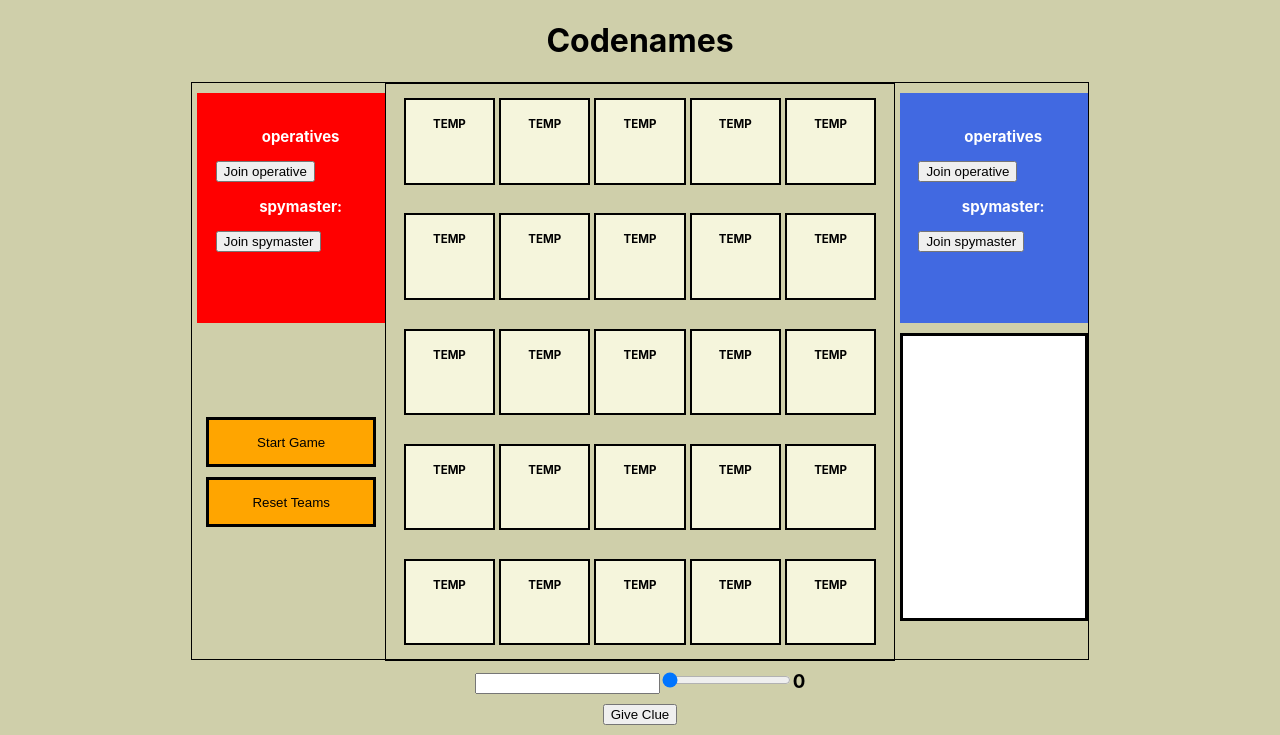
Repository: alcarrizo/Codenames-Fullstack
Page: / (app in client/)
An editor plug-in stored every save of this project. The page is shown before and after the next save, followed by the edit.
The browser window is 1280 px wide. The pictures show the whole page.
The project was rebuilt for these pictures with package versions that can differ from the ones it lists, and the page was loaded fresh each time. Imported but missing from the stored project, and not drawn on this page: client/src/reportWebVitals.

Above is the page before, as saved 2023-01-08 23:40:58.

### client/src/index.js
import React from 'react';
import ReactDOM from 'react-dom/client';
import './index.css';
import App from './App';
import reportWebVitals from './reportWebVitals';
import './css/styles.css'


const root = ReactDOM.createRoot(document.getElementById('root'));
root.render(
  <React.StrictMode>
    <App />
  </React.StrictMode>
);

// If you want to start measuring performance in your app, pass a function
// to log results (for example: reportWebVitals(console.log))
// or send to an analytics endpoint. Learn more: https://bit.ly/CRA-vitals
reportWebVitals();

### client/src/App.js
import logo from './logo.svg';
import './App.css';
import { useState, useEffect } from 'react';

const Wrapper = ({ cards }) => {
  return (
    <div className='wrapper'>
      <PlayerSide className="red" />
      <Board cards={cards} />
      <PlayerSide className="blue" />
    </div>
  )
}

const Card = ({ word, className }) => {

  return (
    <div className={className}>
      {word === null ? 'temp' : word}
    </div>
  )
}
const PlayerSide = ({ className }) => {
  if (className === 'red') {
    return (
      <div className={className + "Side"}>
        <PlayerInfo className={className} />
        <div className='menu'>
          <Btn className='menuBtn' id="startBtn" name="Start Game" />
          <Btn className='menuBtn' id="resetBtn" name="Reset Teams" />
        </div>
      </div>
    )
  }
  else {
    return (
      <div className={className + "Side"}>
        <PlayerInfo className={className} />
        <div className='clue-log'></div>
        <Btn className='menuBtn hide' id="endTurn" name="End Turn" />
      </div>
    )
  }
}
const PlayerInfo = ({ className }) => {
  return (


    <div className={className + "Team"}>
      <p>operatives </p>
      <p id={className + '-operative-players'}></p>
      <Btn className="join-button" id={className + '-join-operative'} name="Join operative" />
      <p>spymaster: </p>
      <p id={className + '-spymaster-players'}></p>
      <Btn className="join-button" id={className + '-join-spymaster'} name="Join spymaster" />
      <p id={className + '-remaining-cards'}></p>
    </div>


  )

}

const Btn = (props) => {
  return (
    <button id={props.id} className={props.className}>{props.name}</button>
  )
}
const Board = ({ cards }) => {

  return (
    <div className='gameBoard'>

      {

        cards.map((card, id) =>
          <Card
            key={id}
            className="card"
            word={card} />

        )
      }

    </div>
  )
}

const App = () => {

  const [cards, setCards] = useState(Array(25).fill(null))


  return (
    <div className="App">
      <h1>Codenames</h1>

      <Wrapper cards={cards} />
      <div className='clue-area' id='clue-area'>
        <input className='clue-text' id='clue-text' type="text" />
        <div className="rangeDiv" id="rangeDiv">
          <input className="clue-range" id='clueRange' type="range" autoComplete='off' min="0" max="10" defaultValue="0" />
          <h3 className="range-number" id="rangeNumber">0</h3>
        </div>
        <Btn className="clue-submit" id="clue-submit" name="Give Clue" />
      </div>

    </div>
  );
}

export default App;

### client/src/css/styles.css
body {
    background-color: #cfcfaa;
}

body.red {
    background-color: #b44c2b;
}

body.blue {
    background-color: #4799b7;
}

.wrapper {
    position: relative;
    border: 0.05rem solid black;
    width: 70%;
    height: 80vh;
    display: flex;
    background: none;
    margin: 0 auto;

}

.gameBoard {
    display: flex;
    flex-wrap: wrap;
    justify-content: center;
    text-align: center;
    width: 35rem;
    height: 100%;
    /*   width: 500px;
    height: 500px; */
    /*width: 15rem;
    height: 15rem;
    */
    border: 0.05rem solid black;
    margin: auto;
}



.card {
    /* background-color: royalblue; */
    background-color: beige;
    box-sizing: border-box;
    /*width: 75px;
    height: 65px;
  */
    /*   width: 5.5rem;
    height: 5rem; */
    width: 18%;
    height: 15%;
    margin: auto 2px;
    border: 2px black solid;
    font-size: .9vw;
    padding-top: 17px;
    text-transform: uppercase;
    font-weight: bold;
    transition: none;
}

.card.blue {
    background-color: royalblue;

}

.card.red {
    background-color: #ff6000;
}

.card.black {
    background-color: black;
    color: white;

}

.card.beige {
    background-color: #b9b979;
}

.card.blue,
.card.red,
.card.black,
.card.beige {
    transition: background-color 1s;
}

.card.blue.picked,
.card.red.picked,
.card.black.picked,
.card.beige.picked {
    transition: opacity 1s;
    opacity: 50%;
}


.redSide,
.blueSide {
    color: white;
    height: 100%;
    width: 13rem;
    font-size: 15px;
    font-weight: bold;
    padding-left: 5px;
    padding-bottom: 10px;
    margin: 0 auto;
}

.blueTeam,
.redTeam {
    height: 40%;
    margin-top: 10px;
    padding-left: 10%;
    padding-top: 10%;
    box-sizing: border-box;
}

.redTeam {
    background-color: red;

}

.blueTeam {
    background-color: royalblue;

}

.blueSide {
    height: 100%;
}

.join-button {
    display: block;
}

.join-button.hide {
    display: none;
}

.menuBtn {
    display: block;
    width: 90%;
    height: 50px;
    margin: 0 auto;
    background-color: orange;
    border: black solid 3px;
    margin-bottom: 10px;


}

.menuBtn.hide {
    display: none;
}

.menu {
    display: block;
    width: 100%;
    margin-top: 50%;
}

.clue-log {
    color: black;
    width: 100%;
    height: 50%;
    margin-top: 10px;
    padding-left: 10px;
    background-color: white;
    box-sizing: border-box;
    border: black solid 3px;
    overflow-y: auto;
    line-height: 1.5;
}

.rangeDiv {
    display: inline-block;
    text-align: center;

}

.rangeDiv h3 {
    margin: 0;
    display: inline-block;
}

.clue-area {
    margin: 10px auto 0;
    width: 400px;
    height: 50px;
    margin-bottom: 15px;
}

.clue-area.hide {
    display: none;
}

.clue-submit {
    display: block;
    margin: 10px auto 0;
}

.win-screen {
    box-sizing: border-box;
    position: absolute;
    width: 30%;
    height: 30%;
    background-color: orange;
    top: 35%;
    left: 35%;
    text-align: center;
    font-size: 35px;
    line-height: 170px;
    font-weight: 800;
    border: black solid 3px;

}

.win-screen.hide {
    display: none;
}

Loaded but not shown: client/public/index.html (common file); client/src/index.css (common file); client/src/App.css (common file)

After the next save:
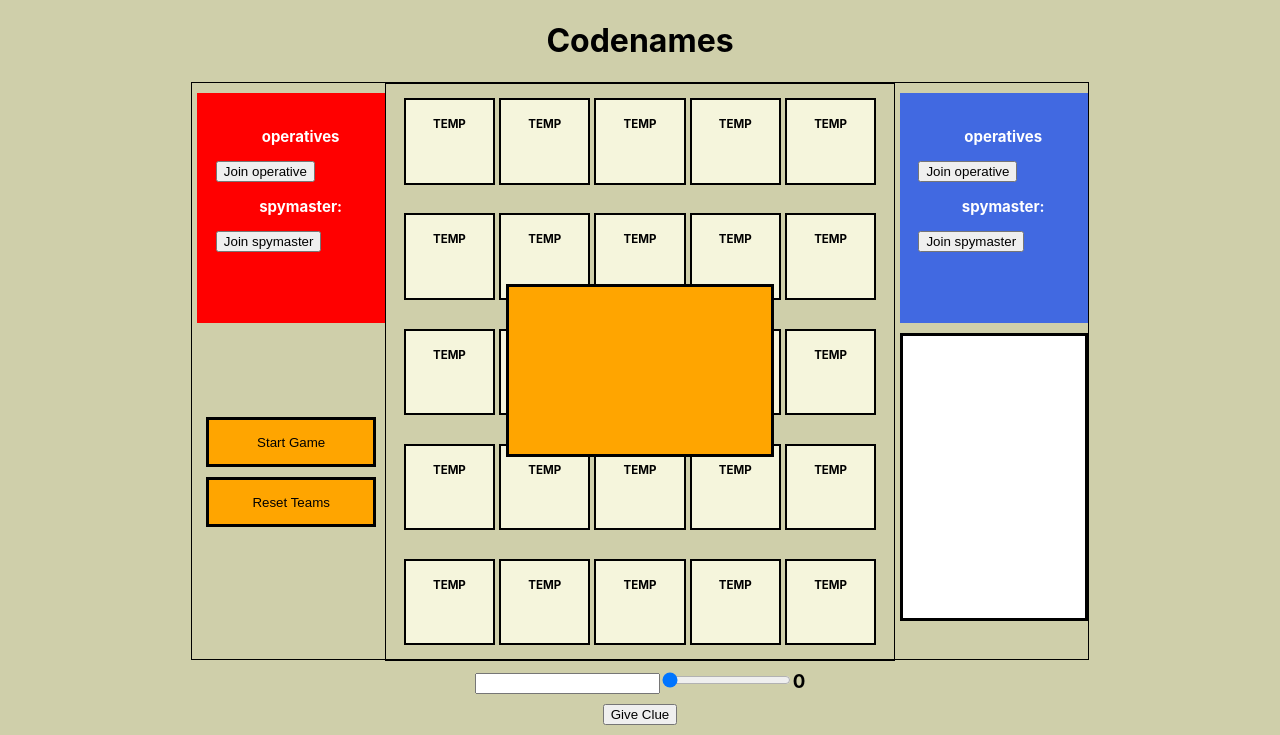
Saved 74 s later.
--- a/client/src/App.js
+++ b/client/src/App.js
@@ -8,6 +8,7 @@
       <PlayerSide className="red" />
       <Board cards={cards} />
       <PlayerSide className="blue" />
+      <div className='win-screen' id='win-screen'></div>
     </div>
   )
 }

After the save that followed:
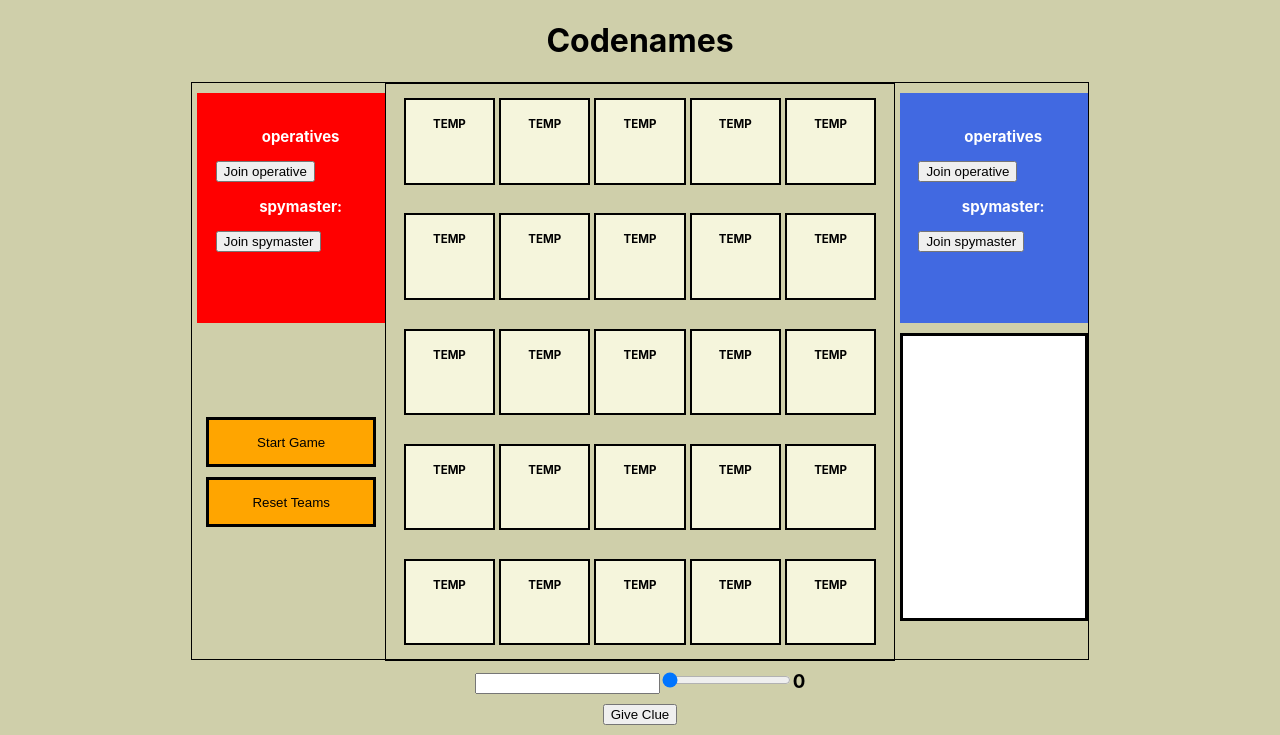
Saved 37 s later.
--- a/client/src/App.js
+++ b/client/src/App.js
@@ -8,7 +8,7 @@
       <PlayerSide className="red" />
       <Board cards={cards} />
       <PlayerSide className="blue" />
-      <div className='win-screen' id='win-screen'></div>
+      <div className='win-screen hide' id='win-screen'></div>
     </div>
   )
 }
